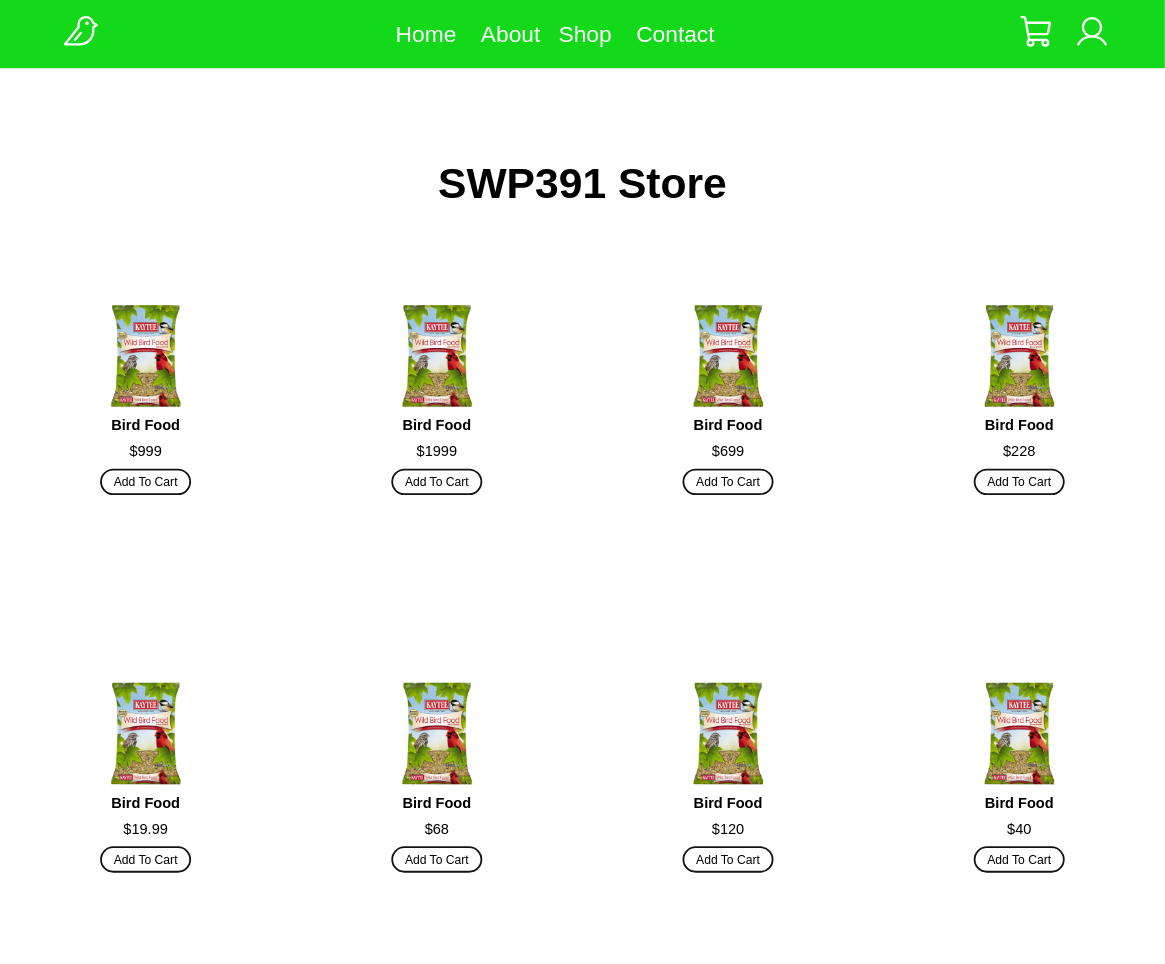
Repository: Vuhainam64/SWP391
Page: / (app in React/swp391-app/)
These files come from the project's save history. The page is drawn as it stood at one moment and after the next save; the edit follows.
The browser window is 1280 px wide. The pictures show the whole page, at 91% of full size.
The project was rebuilt for these pictures with package versions that can differ from the ones it lists, and the page was loaded fresh each time. Also part of the build but not shown: React/swp391-app/src/pages/register/register.jsx, React/swp391-app/src/pages/home/home.jsx, React/swp391-app/src/pages/about/about.jsx, React/swp391-app/src/pages/contact/contact.css, React/swp391-app/src/pages/contact/contact.jsx, React/swp391-app/src/pages/cart/cart-item.jsx, React/swp391-app/src/pages/cart/cart.css, React/swp391-app/src/pages/cart/cart.jsx.

Above is the page before, as saved 2023-06-01 10:50:02.

After the next save:
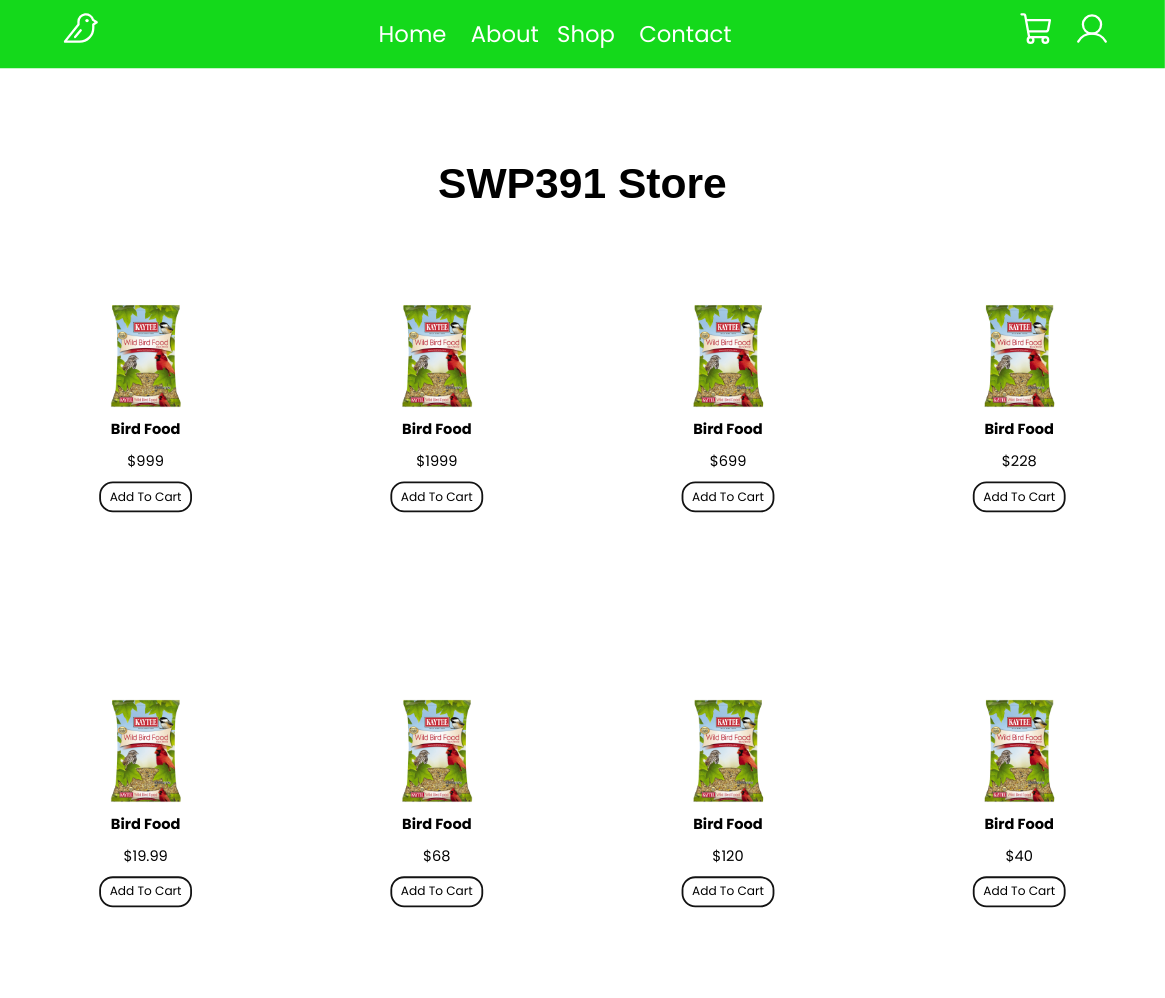
Saved 8 s later.
--- a/React/swp391-app/src/pages/register/register.css
+++ b/React/swp391-app/src/pages/register/register.css
@@ -5,7 +5,7 @@
   margin: 0;
   padding: 0;
   box-sizing: border-box;
-  font-family: 'Bebas Neue', sans-serif;
+  font-family: 'Poppins', sans-serif;
 }
 
 .images{
